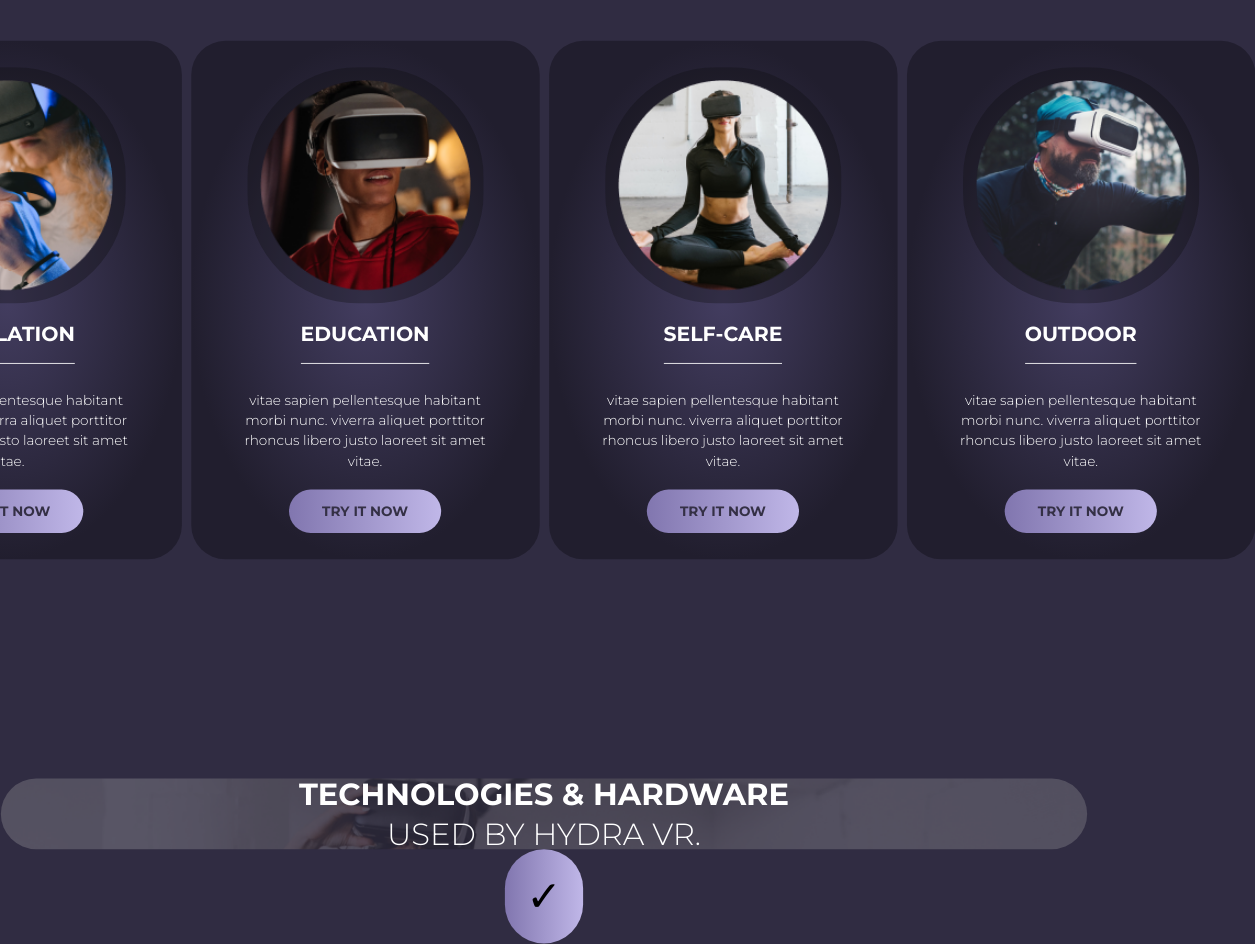
Repository: xMargi/Hydra-LandingPage
Page: index.html
These files come from the project's save history. The page is drawn as it stood at one moment and after the next save; the edit follows.
The browser window is 1280 px wide. The page is 1477 px wide, so the pictures cover 1477 px, including what lies to the right of the window. The pictures show the whole page, at 85% of full size.

Above is the page before, as saved 2023-06-07 21:07:54.

After the next save:
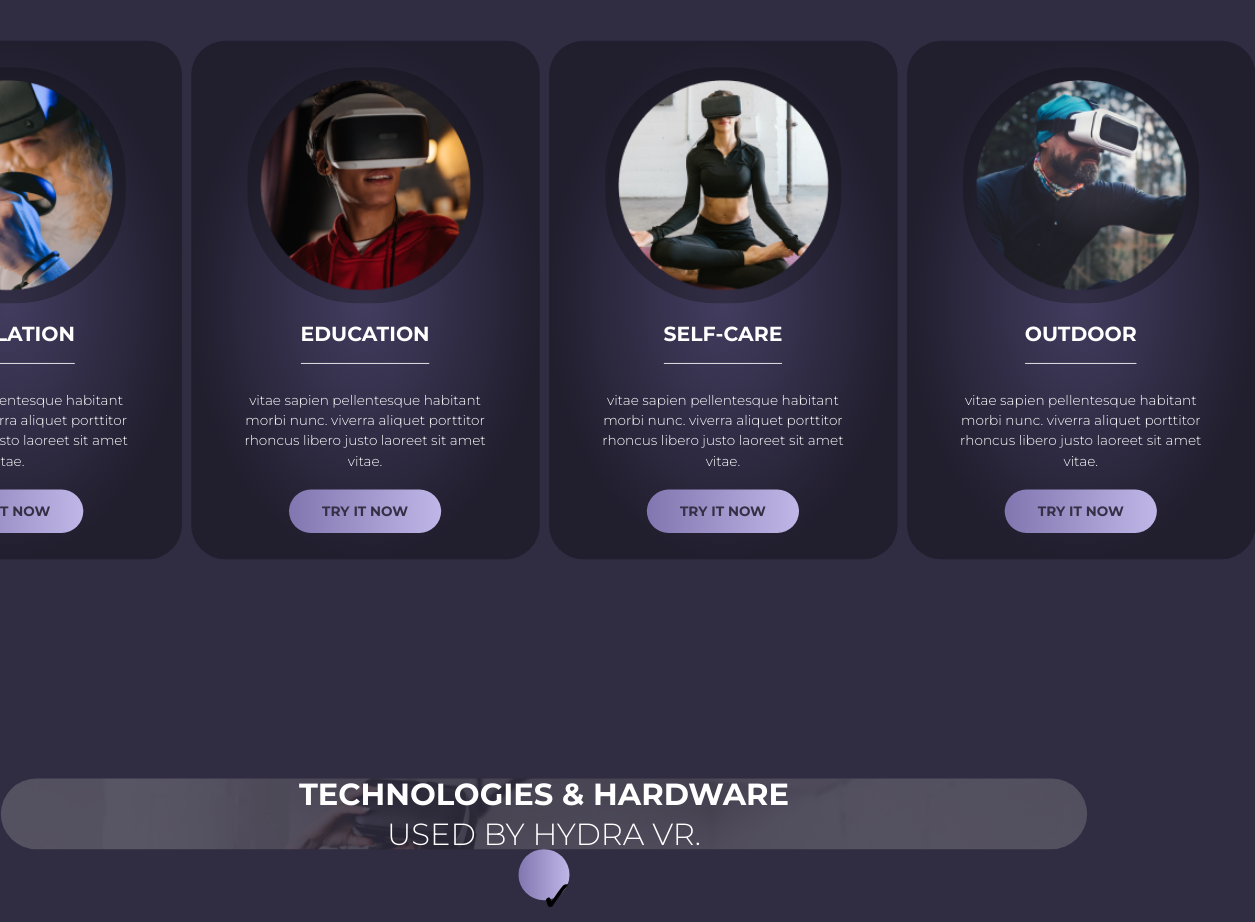
Saved 34 s later.
--- a/style.css
+++ b/style.css
@@ -131,5 +131,7 @@ body{
     padding: 1.5625rem;
     border-radius: 3.75rem;
     font-size: 3.125rem;
+    width: 3.75rem;
+    height: 3.75rem;
 
 }
